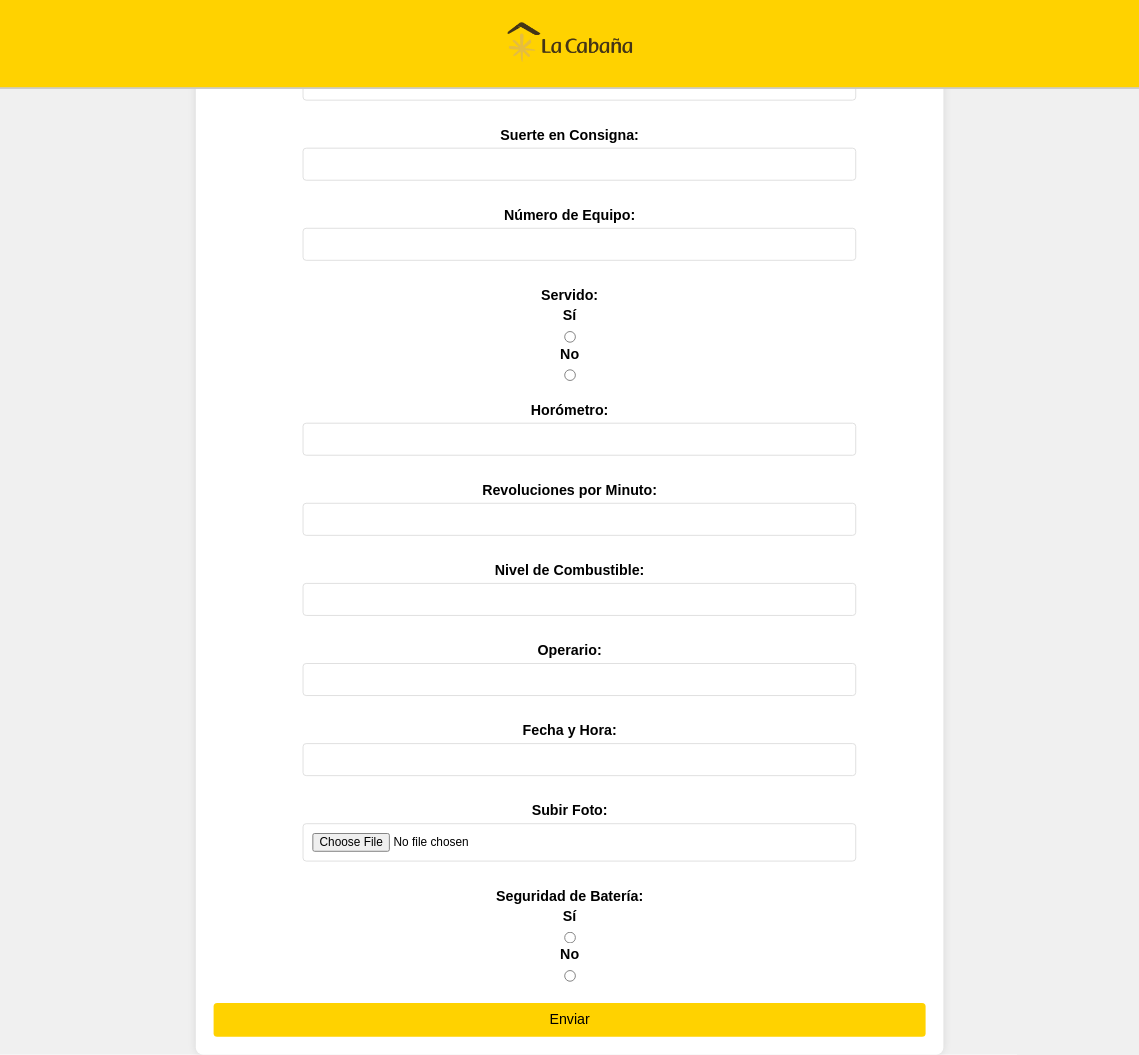
Repository: tayuanlogua/prototipo-de-control-de-accesos
Page: Patrullas/src/motobombas.html
An editor plug-in stored every save of this project. The page is shown before and after the next save, followed by the edit.
The browser window is 1280 px wide. The pictures show the whole page, at 89% of full size.

Above is the page before, as saved 2024-08-09 08:53:56.

### Patrullas/src/motobombas.html
<!DOCTYPE html>
<html lang="es">
  <head>
    <meta charset="UTF-8" />
    <meta name="viewport" content="width=device-width, initial-scale=1.0" />
    <title>Formulario de Moto Bombas</title>
    <link rel="stylesheet" href="styles.css" />
    <script defer src="motobombas.js"></script>
  </head>
  <body>
    <div class="container">
      <header class="header">
        <img src="imagenes/LOGO.png" alt="Logo" class="logo" />
      </header>
      <h1>Formulario de Moto Bombas</h1>
      <form id="motobombas-form" enctype="multipart/form-data">
        <div class="form-group">
          <label for="nombre-formulario">Nombre del Formulario:</label>
          <input
            type="text"
            id="nombre-formulario"
            name="nombre-formulario"
            value="Moto Bombas"
            readonly
          />
        </div>

        <div class="form-group">
          <label for="ubicacion">Ubicación:</label>
          <input type="text" id="ubicacion" name="ubicacion" required />
        </div>

        <div class="form-group">
          <label for="date-time">Fecha y Hora:</label>
          <input type="text" id="date-time" name="date-time" readonly />
        </div>

        <div class="form-group">
          <label for="hacienda">Hacienda:</label>
          <input type="text" id="hacienda" name="hacienda" required />
        </div>

        <div class="form-group">
          <label for="suerte">Suerte en Consigna:</label>
          <input type="text" id="suerte" name="suerte" required />
        </div>

        <div class="form-group">
          <label for="numero-equipo">Número de Equipo:</label>
          <input type="text" id="numero-equipo" name="numero-equipo" required />
        </div>

        <div class="form-group">
          <label>Servido:</label>
          <div class="radio-group">
            <label for="servido-si">Sí</label>
            <input
              type="radio"
              id="servido-si"
              name="servido"
              value="Sí"
              required
            />
            <label for="servido-no">No</label>
            <input
              type="radio"
              id="servido-no"
              name="servido"
              value="No"
              required
            />
          </div>
        </div>

        <div class="form-group">
          <label for="horometro">Horómetro:</label>
          <input type="text" id="horometro" name="horometro" required />
        </div>

        <div class="form-group">
          <label for="revoluciones">Revoluciones por Minuto:</label>
          <input type="text" id="revoluciones" name="revoluciones" required />
        </div>

        <div class="form-group">
          <label for="nivel-combustible">Nivel de Combustible:</label>
          <input
            type="text"
            id="nivel-combustible"
            name="nivel-combustible"
            required
          />
        </div>

        <div class="form-group">
          <label for="operario">Operario:</label>
          <input type="text" id="operario" name="operario" required />
        </div>

        <div class="form-group">
          <label for="focha">Fecha y Hora:</label>
          <input type="text" id="focha" name="focha" required />
        </div>

        <div class="form-group">
          <label for="foto">Subir Foto:</label>
          <input type="file" id="foto" name="foto" accept="image/*" />
        </div>

        <div class="form-group">
          <label>Seguridad de Batería:</label>
          <div class="radio-group">
            <label for="bateria-si">Sí</label>
            <input
              type="radio"
              id="bateria-si"
              name="bateria"
              value="Sí"
              required
            />
            <label for="bateria-no">No</label>
            <input
              type="radio"
              id="bateria-no"
              name="bateria"
              value="No"
              required
            />
          </div>
        </div>

        <button type="submit">Enviar</button>
      </form>
    </div>
  </body>
</html>

### Patrullas/src/styles.css
/* Estilos generales para el body */
body {
  font-family: Arial, sans-serif;
  display: flex;
  flex-direction: column; /* Colocar header y contenedor en columna */
  justify-content: center;
  align-items: center;
  height: 100vh;
  margin: 0;
  background-color: #f0f0f0; /* Fondo general de la página */
}

/* Estilos para el header */
.header {
  background-color: #ffd200; /* Fondo amarillo para el header */
  padding: 20px 0; /* Padding para centrar el logo verticalmente */
  border-bottom: 2px solid #ccc;
  width: 100%; /* Asegura que el header ocupe todo el ancho */
  text-align: center; /* Centrar el contenido del header */
  position: fixed; /* Fija el header en la parte superior */
  top: 0;
  left: 0;
  z-index: 1000; /* Asegura que el header esté por encima del contenido */
}

.logo {
  max-width: 150px; /* Tamaño máximo del logo */
  height: auto;
}

/* Estilos para el contenedor del formulario de Moto Bombas */
.container {
  width: 80%;
  max-width: 800px; /* Ancho máximo del contenedor del formulario */
  padding: 20px;
  background-color: #fff; /* Fondo blanco del contenedor */
  border-radius: 8px;
  box-shadow: 0 0 10px rgba(0, 0, 0, 0.1);
  text-align: center; /* Centrar el contenido dentro del contenedor */
  margin-top: 150px; /* Aumenta el espacio superior para evitar el header fijo */
}

/* Estilos para el título del formulario */
h1 {
  margin-bottom: 20px;
  color: #000; /* Color negro para el título */
}

/* Estilos para el formulario */
form {
  display: flex;
  flex-direction: column;
  align-items: center; /* Centrar el formulario horizontalmente */
}

.form-group {
  width: 100%;
  max-width: 600px; /* Ancho máximo de cada grupo de formulario */
  margin-bottom: 20px; /* Espacio debajo de cada grupo de formulario */
}

label {
  display: block;
  margin-bottom: 5px;
  font-weight: bold;
  color: #000; /* Color negro para las etiquetas */
}

input[type="text"],
input[type="password"],
input[type="file"] {
  width: 100%;
  padding: 10px;
  margin-bottom: 10px;
  border: 1px solid #ddd;
  border-radius: 4px;
}

input[type="radio"] {
  width: auto;
  margin-right: 5px;
}

textarea {
  resize: vertical;
}

/* Estilos para el botón */
button {
  width: 100%;
  padding: 10px 15px;
  background-color: #ffd200; /* Color amarillo */
  color: #000; /* Texto en negro para el botón */
  border: none;
  border-radius: 4px;
  cursor: pointer;
  font-size: 16px;
}

button:hover {
  background-color: #f9c700; /* Amarillo más oscuro para el hover */
}

### Patrullas/src/motobombas.js
document.addEventListener("DOMContentLoaded", function () {
  // Obtener el campo de fecha y hora
  const dateTimeField = document.getElementById("date-time");

  // Función para obtener la fecha y hora actuales en formato legible
  function getCurrentDateTime() {
    const now = new Date();
    const year = now.getFullYear();
    const month = String(now.getMonth() + 1).padStart(2, "0");
    const day = String(now.getDate()).padStart(2, "0");
    const hours = String(now.getHours()).padStart(2, "0");
    const minutes = String(now.getMinutes()).padStart(2, "0");
    const seconds = String(now.getSeconds()).padStart(2, "0");
    return `${year}-${month}-${day} ${hours}:${minutes}:${seconds}`;
  }

  // Establecer la fecha y hora actuales en el campo correspondiente
  dateTimeField.value = getCurrentDateTime();

  // Actualizar la fecha y hora cada segundo
  setInterval(function () {
    dateTimeField.value = getCurrentDateTime();
  }, 1000);
});

After the next save:
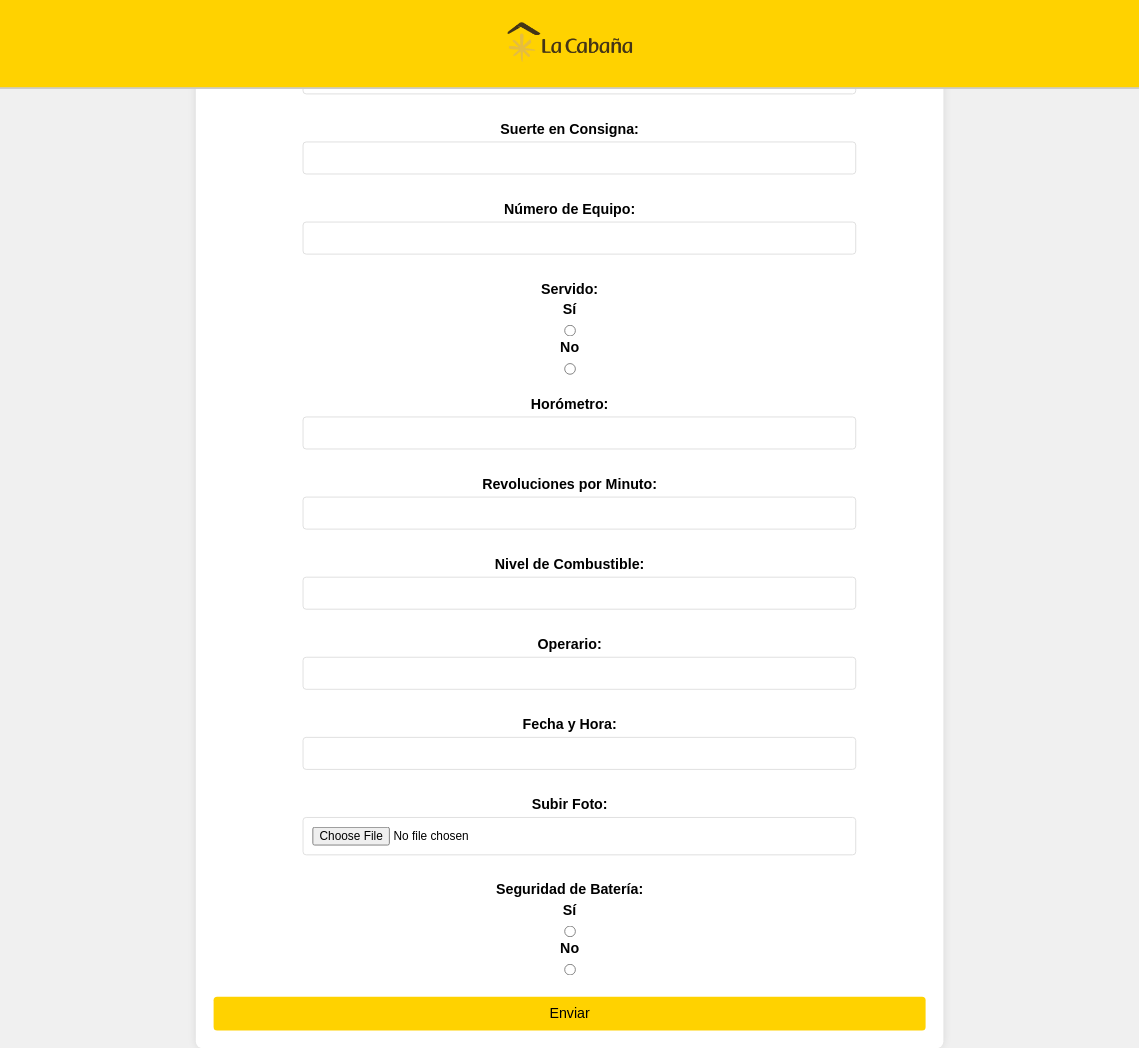
Saved 79 s later.
--- a/Patrullas/src/styles.css
+++ b/Patrullas/src/styles.css
@@ -44,6 +44,7 @@
 h1 {
   margin-bottom: 20px;
   color: #000; /* Color negro para el título */
+  font-size: 24px; /* Tamaño de fuente para el título */
 }
 
 /* Estilos para el formulario */
